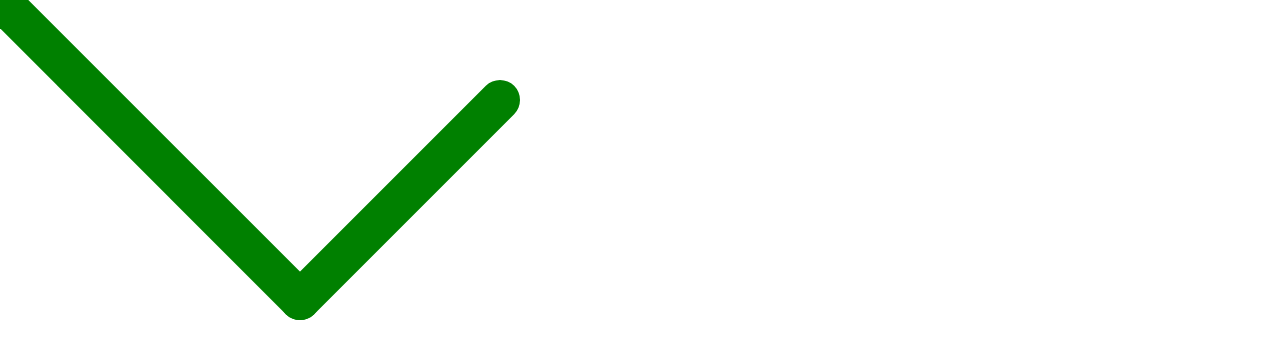
Repository: Lixianlai-2/Canvas-demo
Page: index.html
These files come from the project's save history. The page is drawn as it stood at one moment and after the next save; the edit follows.
The browser window is 1280 px wide. The pictures show the whole page.

Above is the page before, as saved 2021-12-19 23:10:29.

### index.html
<!DOCTYPE html>
<html lang="en">
  <head>
    <meta charset="UTF-8" />
    <meta http-equiv="X-UA-Compatible" content="IE=edge" />
    <meta name="viewport" content="width=device-width, initial-scale=1.0" />
    <link rel="stylesheet" href="/style.css" />
    <script defer src="/main.js"></script>
    <title>Document</title>
  </head>
  <body>
    <canvas id="canvass" height="100" width="100"></canvas>
  </body>
</html>

### style.css
* {
  margin: 0;
  padding: 0;
  box-sizing: border-box;
}

#canvass {
  display: block;
}

### main.js
const canvas = document.querySelector("#canvass");
console.log(canvas);
canvas.height = document.documentElement.clientHeight;
canvas.width = document.documentElement.clientWidth;
console.log(screen);

let ctx = canvas.getContext("2d");

// 让填充色和边框色都变成同一个
ctx.strokeStyle = "green";
ctx.fillStyle = "green";

const drawLine = function (x1, y1, x2, y2) {
  ctx.beginPath();
  ctx.moveTo(x1, y1);
  ctx.lineTo(x2, y2);
  ctx.lineCap = "round";
  ctx.lineWidth = 40;
  ctx.stroke();
};

drawLine(0, 0, 300, 300);
drawLine(300, 300, 500, 100);

// // ----------------------------------------------------
// // 非手机端

// let painting = false;

let lastMoveOrTouch;

// 设置判断条件，当鼠标按下时

canvas.onmousedown = (e) => {
  painting = true;
  lastMoveOrTouch = [e.clientX, e.clientY];
};

// 当鼠标松开时
canvas.onmouseup = () => {
  painting = false;
};

canvas.onmousemove = (e) => {
  if (painting === true) {
    drawLine(lastMoveOrTouch[0], lastMoveOrTouch[1], e.clientX, e.clientY);
    lastMoveOrTouch = [e.clientX, e.clientY];
  }
};

// // --------------------------------------------
// 手机端

//
canvas.ontouchstart = (e) => {
  console.log(e);
  lastMoveOrTouch = [e.touches[0].clientX, e.touches[0].clientY];
};

// 检测是否为手机端的函数，要判断的话需要执行它
function is_touch_enabled() {
  return (
    "ontouchstart" in window ||
    navigator.maxTouchPoints > 0 ||
    navigator.msMaxTouchPoints > 0
  );
}

// 注意这里要用is_touch_enabled()，要执行这个函数
if (is_touch_enabled() === true) {
  canvas.ontouchmove = (e) => {
    drawLine(
      lastMoveOrTouch[0],
      lastMoveOrTouch[1],
      e.touches[0].clientX,
      e.touches[0].clientY
    );
    lastMoveOrTouch = [e.touches[0].clientX, e.touches[0].clientY];
  };
}

After the next save:
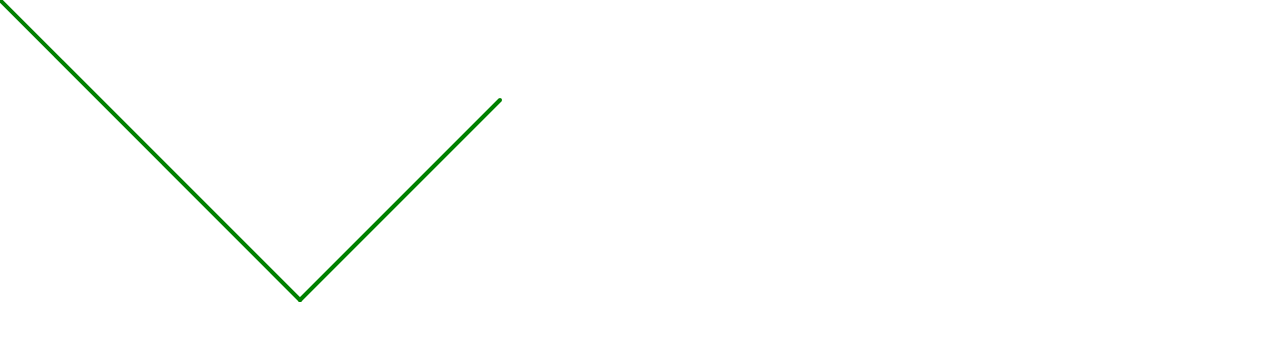
Saved 72 s later.
--- a/main.js
+++ b/main.js
@@ -15,7 +15,7 @@ const drawLine = function (x1, y1, x2, y2) {
   ctx.moveTo(x1, y1);
   ctx.lineTo(x2, y2);
   ctx.lineCap = "round";
-  ctx.lineWidth = 40;
+  ctx.lineWidth = 4;
   ctx.stroke();
 };
 
